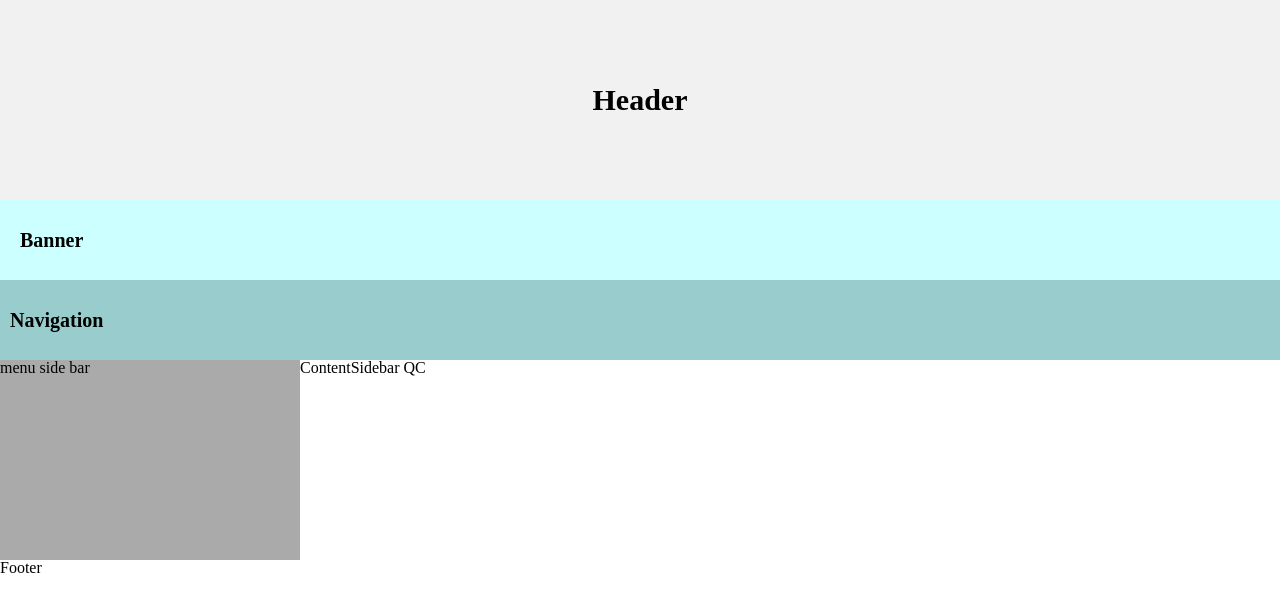
Repository: Tan-Khang21/TH_TKW--Buoi_06
Page: Bai_Tap_Tren_lop/Bai_03/LayoutCSS3.html
An editor plug-in stored every save of this project. The page is shown before and after a run of saves, followed by the edit.
The browser window is 1280 px wide. The pictures show the whole page.

Above is the page before, as saved 2024-03-11 21:02:17.

After the next 2 saves:
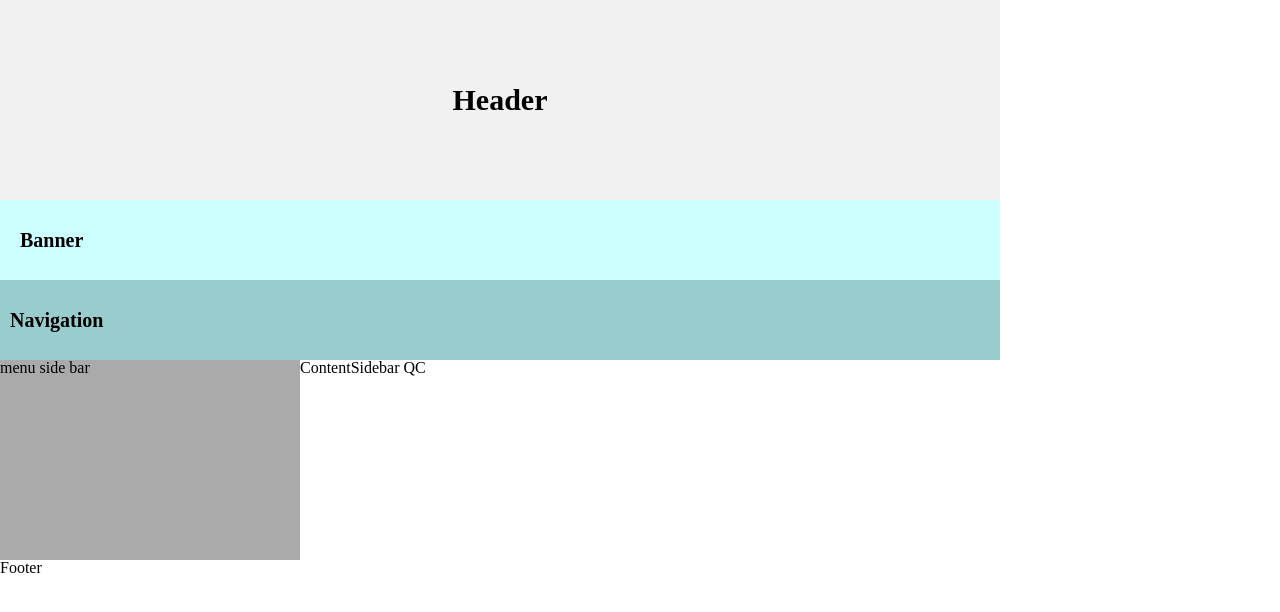
The 2 saves are shown as one change because they came seconds apart.
The last was saved 30 s later.
--- a/Bai_Tap_Tren_lop/Bai_03/style.css
+++ b/Bai_Tap_Tren_lop/Bai_03/style.css
@@ -3,6 +3,9 @@
 }
 body {
   width: 100%;
+}
+.container {
+  width: 1000px;
 }
 .header {
   width: 100%;
